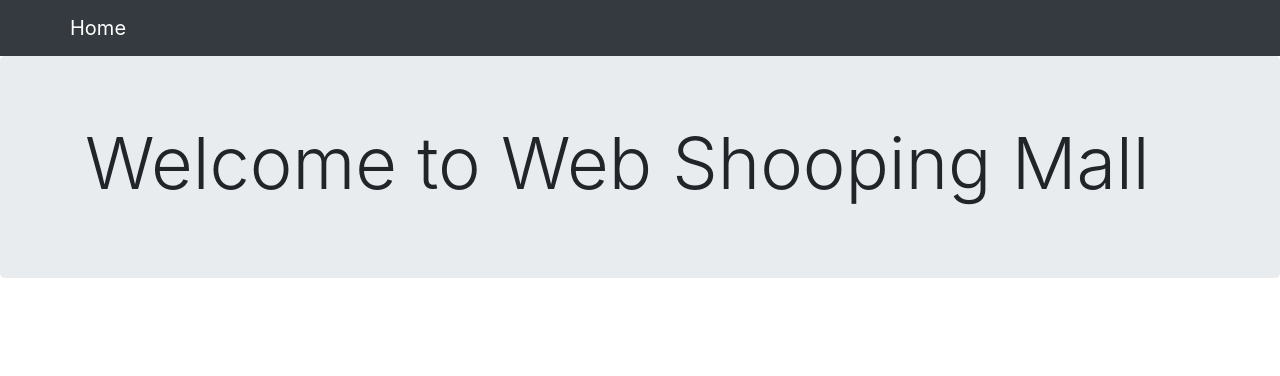
Repository: suinautant/learnCode
Page: http://localhost/WebMarket/welcome.jsp
The author's editor kept a copy of each file at every save. The page is drawn from the files as they stood at one save, then again after the next save.
The browser window is 1280 px wide. The pictures show the whole page.
The page is served by Tomcat 9. Nobody is signed in. The application's start-up code is not run. Other server files are loaded and not shown.

Above is the page before, as saved 2021-06-30 01:27:30.

### jsp/WebMarket/WebContent/welcome.jsp
<%@ page language="java" contentType="text/html; charset=EUC-KR"
	pageEncoding="EUC-KR"
%>
<!DOCTYPE html>
<html>
<head>
<link rel="stylesheet"
	href="https://maxcdn.bootstrapcdn.com/bootstrap/4.0.0/css/bootstrap.min.css"
>
<meta charset="EUC-KR">
<title>Welcome</title>
</head>
<body>
	<nav class="navbar navbar-expand navbar-dark bg-dark">
		<div class="container">
			<div class="navbar-header">
				<a class="navbar-brand" href="./welcome.jsp">Home</a>
			</div>
		</div>
	</nav>
	<%!String greeting = "Welcome to Web Shooping Mall";
	String tagline = "Welcome to Web market!";%>
	<div class="jumbotron">
		<div class="container">
			<h1 class="display-3">
				<%=greeting%>
			</h1>

		</div>
	</div>
</body>
</html>

After the next save:
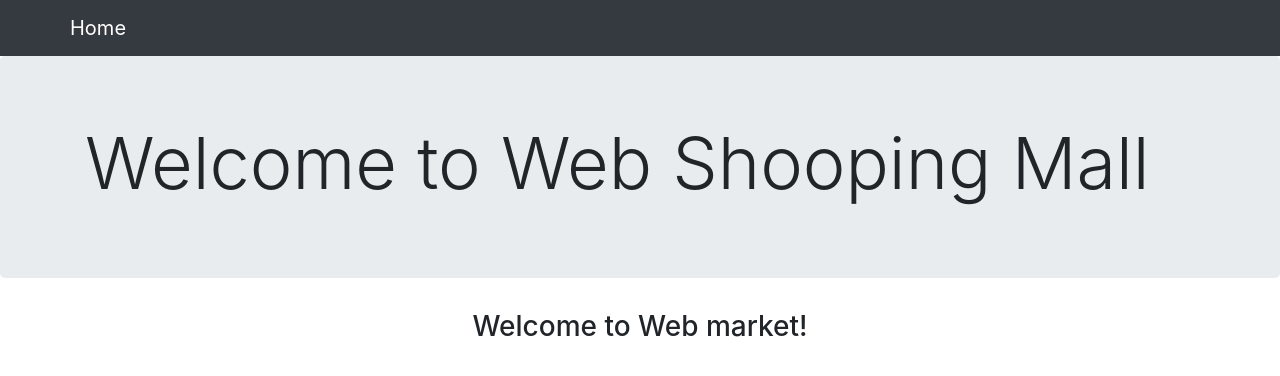
Saved 38 s later.
--- a/jsp/WebMarket/WebContent/welcome.jsp
+++ b/jsp/WebMarket/WebContent/welcome.jsp
@@ -25,7 +25,13 @@
 			<h1 class="display-3">
 				<%=greeting%>
 			</h1>
-
+		</div>
+	</div>
+	<div class="container">
+		<div class="text-center">
+			<h3>
+				<%=tagline%>
+			</h3>
 		</div>
 	</div>
 </body>
